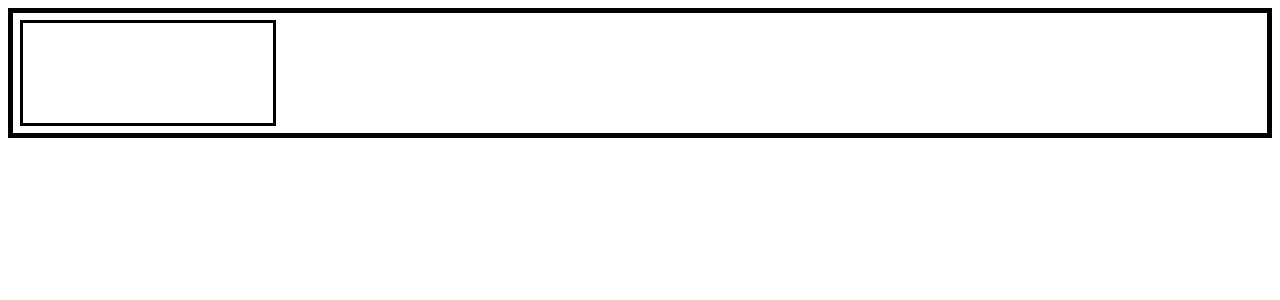
Repository: cartervandekamp/htmlstructure.mdia2003
Page: htmlstructure-psd/index.html
The author's editor kept a copy of each file at every save. The page is drawn from the files as they stood at one save, then again after the next save.
The browser window is 1280 px wide. The pictures show the whole page.

Above is the page before, as saved 2023-01-16 18:01:12.

After the next save:
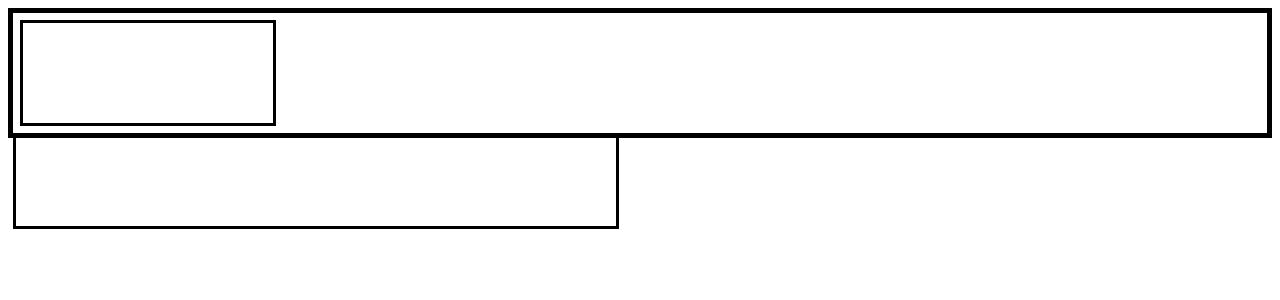
Saved 22 s later.
--- a/htmlstructure-psd/style.css
+++ b/htmlstructure-psd/style.css
@@ -21,4 +21,6 @@ body {
 .topmiddle {
     height: 90px;
     width: 600px;
+    border-style: solid;
+    border-color: black;
 }
